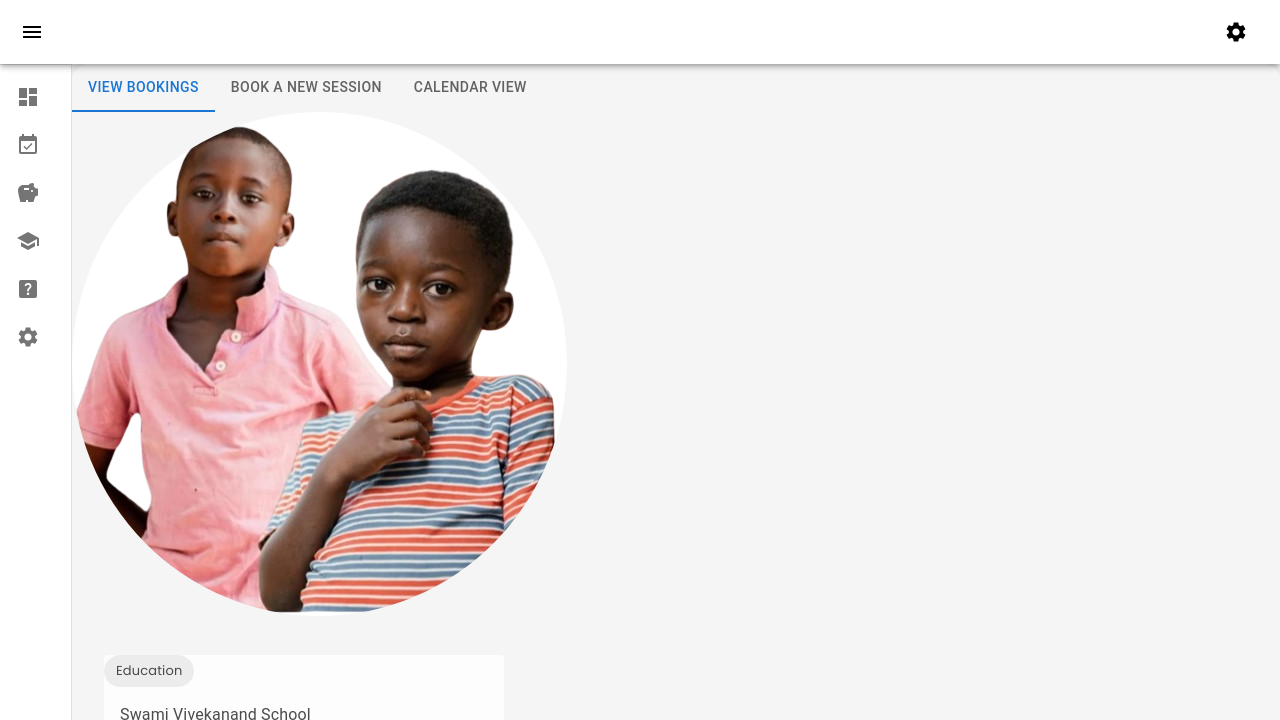
Repository: shubhampirate/Google_Solutions_Edural
Page: /bookings
The author's editor kept a copy of each file at every save. The page is drawn from the files as they stood at one save, then again after the next save.
The browser window is 1280 px wide. The pictures show the whole page.
An inner scrolling area shows only its first screen. The project was rebuilt for these pictures with package versions that can differ from the ones it lists, and the page was loaded fresh each time. Some packages were replaced by stand-ins written for this rebuild. Also part of the build but not shown: src/Components/Navbar.jsx, src/Components/Footer.jsx, src/Components/CongratsCard.jsx, src/pages/Hero/Hero.jsx, src/pages/Dashboard/Dashboard.jsx, src/pages/Sign_in.jsx, src/pages/Bookings/LicenseCard.jsx.

Above is the page before, as saved 2024-02-04 17:30:25.

After the next save:
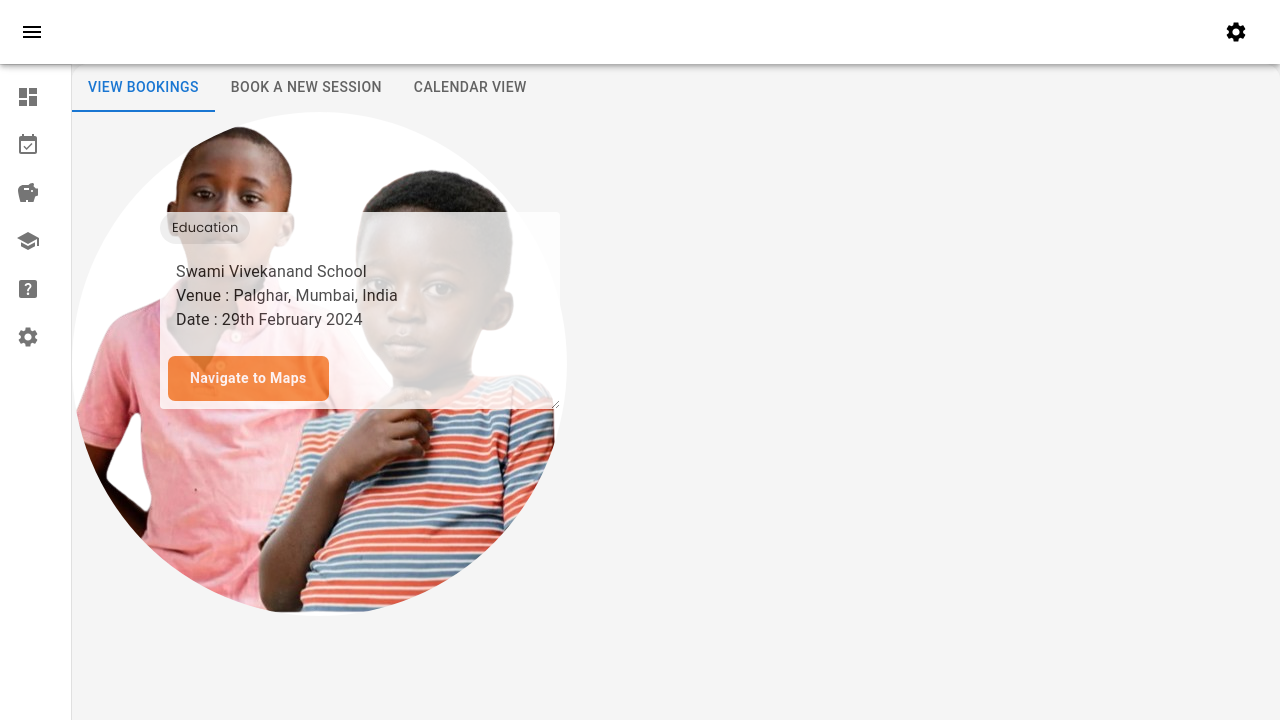
Saved 74 s later.
--- a/src/pages/Bookings/bookings.jsx
+++ b/src/pages/Bookings/bookings.jsx
@@ -68,7 +68,7 @@ export default function Booking() {
             <img
               src={heroImg}
               alt="heroImg"
-              style={{ maxWidth: "100%", maxHeight: "80%", borderRadius: "50%",  zIndex: -1,}}
+              style={{ maxWidth: "100%", maxHeight: "80%", borderRadius: "50%"}}
 
             />
           </Box>
@@ -83,8 +83,9 @@ export default function Booking() {
             resize: 'horizontal',
             marginLeft: '2rem',
             marginTop: '2rem',
-            position: 'relative',
-            zIndex: 1,
+            position: 'absolute',
+            top: '25%', // Adjust as needed
+          left: '10%', // Adjust as needed
             // backgroundColor: (theme) => theme.palette.primary.main,
             opacity: 0.8, // Adjust the opacity as needed
 
